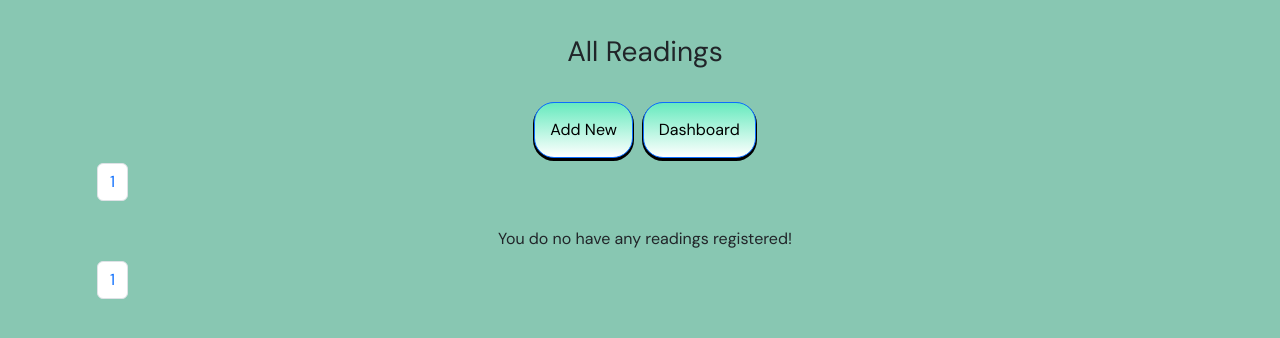
Repository: aiodell/my-glucose-checkup
Page: /bgls/all (app in client/)
These files come from the project's save history. The page is drawn as it stood at one moment and after the next save; the edit follows.
The browser window is 1280 px wide. The pictures show the whole page.
The page's requests for data from a server got no answer. The project was rebuilt for these pictures with package versions that can differ from the ones it lists, and the page was loaded fresh each time. No one was signed in, and anything a server would have sent is missing. Also part of the build but not shown: client/src/components/Login.js, client/src/components/Signup.js, client/src/components/Dashboard.js, client/src/components/NewReading.js, client/src/components/Home.js, client/src/components/BglUpdateForm.js, client/src/components/BglEventDetails.js, client/src/components/NewBglEvent.js and 8 more.

Above is the page before, as saved 2022-10-06 06:45:12.

After the next save:
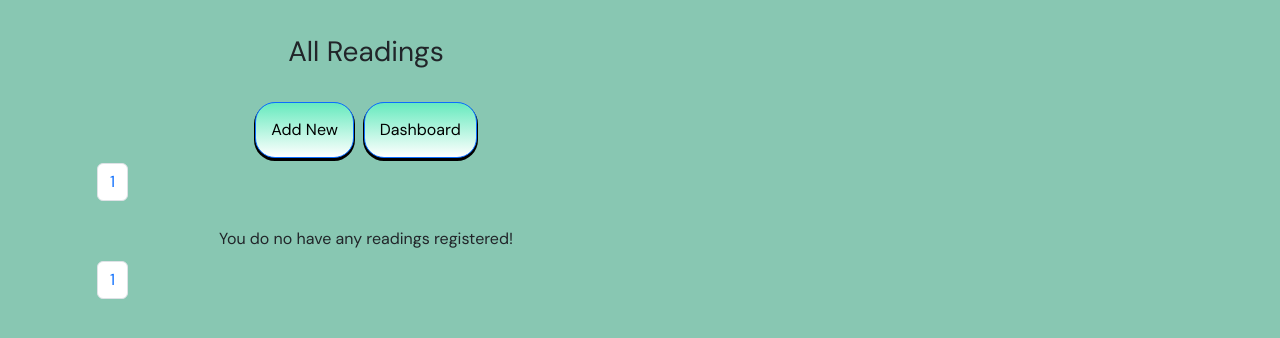
Saved 39 s later.
--- a/client/src/styles.css
+++ b/client/src/styles.css
@@ -145,6 +145,7 @@ body {
   position: relative;
   padding: 10px;
   margin: 5px;
+  max-width: 50%;
 }
 
 .bgl-card{
